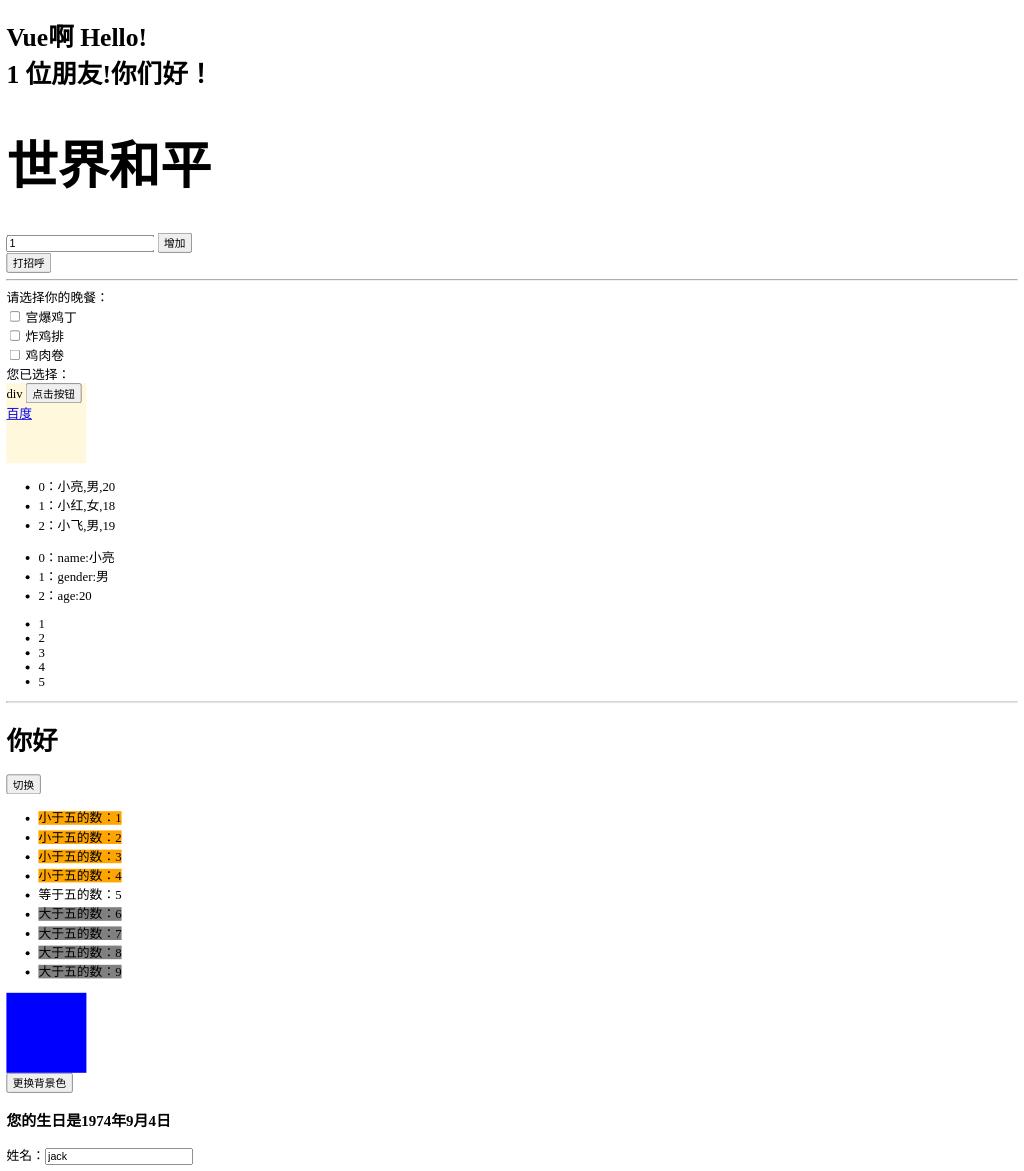
Repository: SOROoi/Web_front-end
Page: Web01_Vue/src/main/webapp/index.html
An editor plug-in stored every save of this project. The page is shown before and after the next save, followed by the edit.
The browser window is 1280 px wide. The pictures show the whole page, at 80% of full size.

Above is the page before, as saved 2020-07-15 06:36:28.

After the next save:
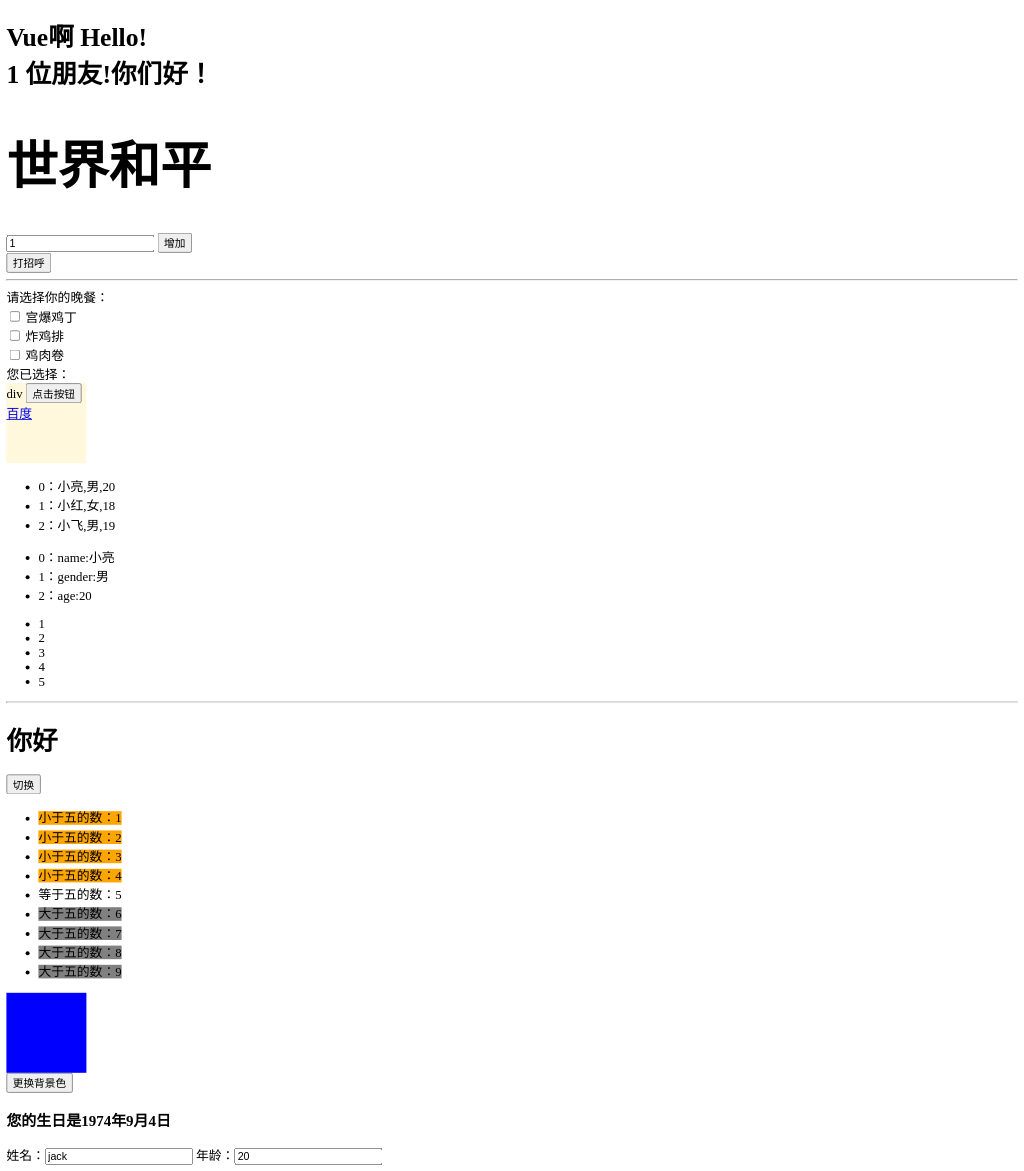
Saved 15 s later.
--- a/Web01_Vue/src/main/webapp/index.html
+++ b/Web01_Vue/src/main/webapp/index.html
@@ -92,6 +92,7 @@
 
 		<!-- watch监控 -->
 		姓名：<input type="text" v-model="watchValue.name">
+		年龄：<input type="text" v-model="watchValue.age">
 	</div>
 </body>
 
